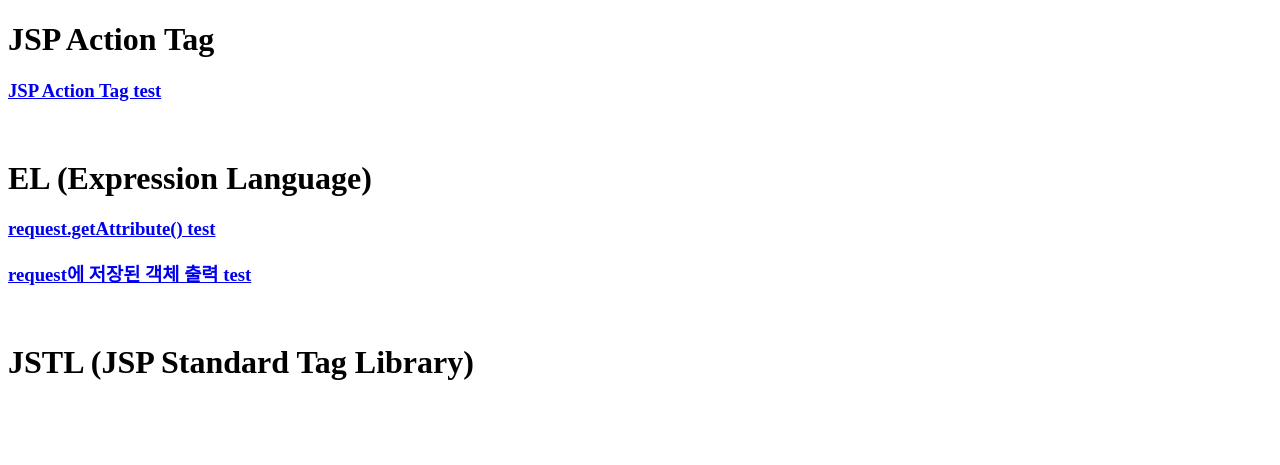
Repository: Joehyunhee/06_jsp
Page: http://localhost/chap02-el-jstl/
An editor plug-in stored every save of this project. The page is shown before and after the next save, followed by the edit.
The browser window is 1280 px wide. The pictures show the whole page.
The page is served by Tomcat 10. Other server files are loaded and not shown.

Above is the page before, as saved 2024-06-10 05:42:52.

### chap02-el-jstl/src/main/webapp/index.jsp
<%@ page language="java" contentType="text/html; charset=UTF-8"
    pageEncoding="UTF-8"%>
<!DOCTYPE html>
<html>
<head>
<meta charset="UTF-8">
<title>EL & JSTL</title>
</head>
<body>
	<h1>JSP Action Tag</h1>
	<h3><a href="views/action/testAction.jsp">JSP Action Tag test</a></h3>

	<br>

	<h1>EL (Expression Language)</h1>
	<h3><a href="test1">request.getAttribute() test</a></h3>
	<h3><a href="test2">request에 저장된 객체 출력 test</a></h3>

	<br>

	<h1>JSTL (JSP Standard Tag Library)</h1>

</body>
</html>

After the next save:
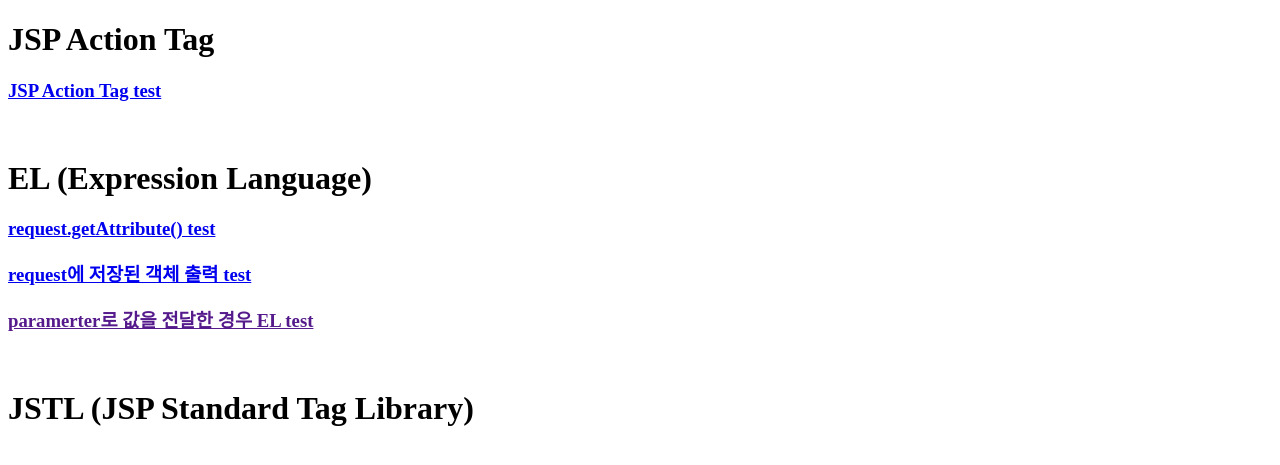
Saved 92 s later.
--- a/chap02-el-jstl/src/main/webapp/index.jsp
+++ b/chap02-el-jstl/src/main/webapp/index.jsp
@@ -15,6 +15,7 @@
 	<h1>EL (Expression Language)</h1>
 	<h3><a href="test1">request.getAttribute() test</a></h3>
 	<h3><a href="test2">request에 저장된 객체 출력 test</a></h3>
+	<h3><a href="">paramerter로 값을 전달한 경우 EL test</a></h3>
 
 	<br>
 
